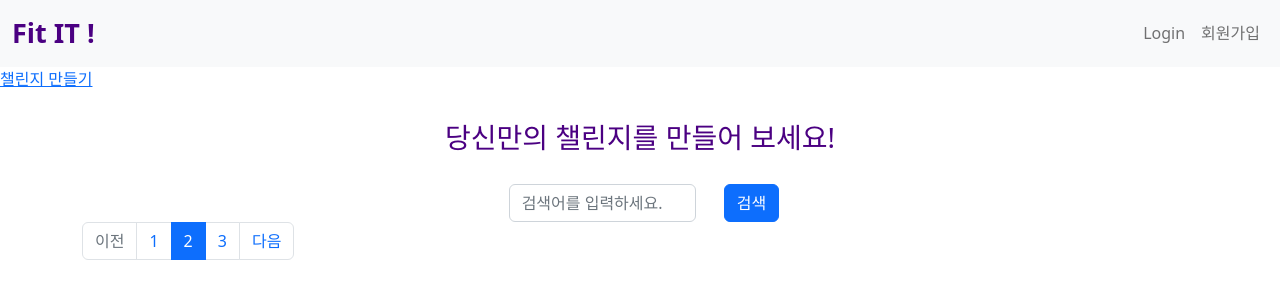
Repository: 4everGirls/Fit-IT-FRONT
Page: /makeChallenge (app in FrontEnd/fit-it/)
These files come from the project's save history. The page is drawn as it stood at one moment and after the next save; the edit follows.
The browser window is 1280 px wide. The pictures show the whole page.
The project was rebuilt for these pictures with package versions that can differ from the ones it lists, and the page was loaded fresh each time. Also part of the build but not shown: FrontEnd/fit-it/vue.config.js, FrontEnd/fit-it/src/views/HomeView.vue, FrontEnd/fit-it/src/components/user/RegistUser.vue, FrontEnd/fit-it/src/components/user/LoginUser.vue.

Above is the page before, as saved 2022-11-20 12:34:47.

After the next save:
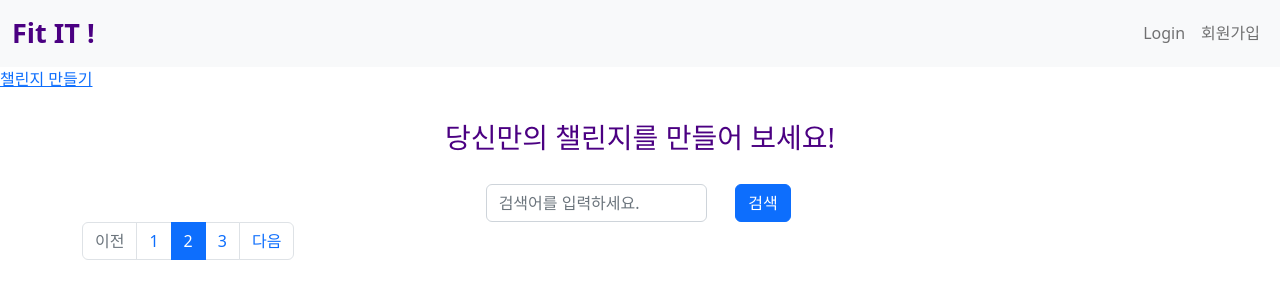
Saved 5 s later.
--- a/FrontEnd/fit-it/src/components/challenge/MakeChallenge/SearchVideo.vue
+++ b/FrontEnd/fit-it/src/components/challenge/MakeChallenge/SearchVideo.vue
@@ -14,7 +14,7 @@
                 type="search"
                 placeholder="검색어를 입력하세요."
                 aria-label="Search"
-                size="40"
+                size="50"
                 v-on:keydown.enter.prevent="search"
                 v-model="keyword"
               />
